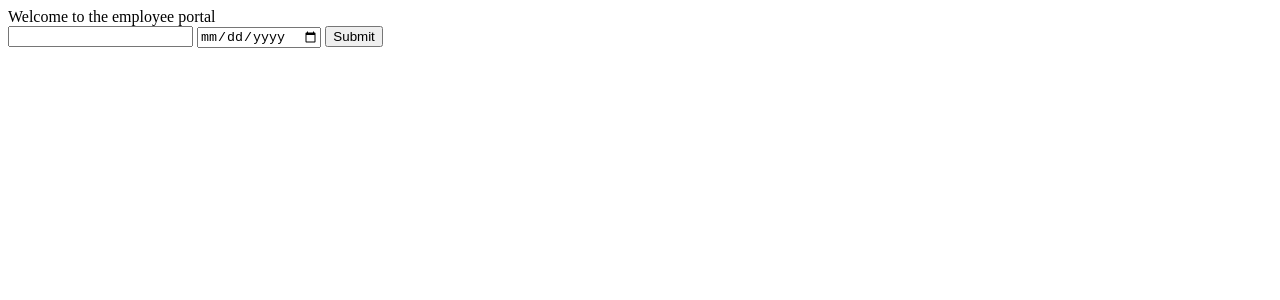
Repository: IshaMhashete/workspace2
Page: Hiber_Web/src/main/webapp/Inset_Emp.html
The author's editor kept a copy of each file at every save. The page is drawn from the files as they stood at one save, then again after the next save.
The browser window is 1280 px wide. The pictures show the whole page.

Above is the page before, as saved 2019-12-09 05:54:27.

### Hiber_Web/src/main/webapp/Inset_Emp.html
<!DOCTYPE html>
<html>
<head>
<meta charset="ISO-8859-1">
<title>Insert title here</title>
</head>
<body>
Welcome to the employee portal
<form action="dao">
<input type="text" name="name_Of_Emp">
<input type="date" name="doj"/>
<input type="submit" name="submit">
</form>
</body>
</html>

After the next save:
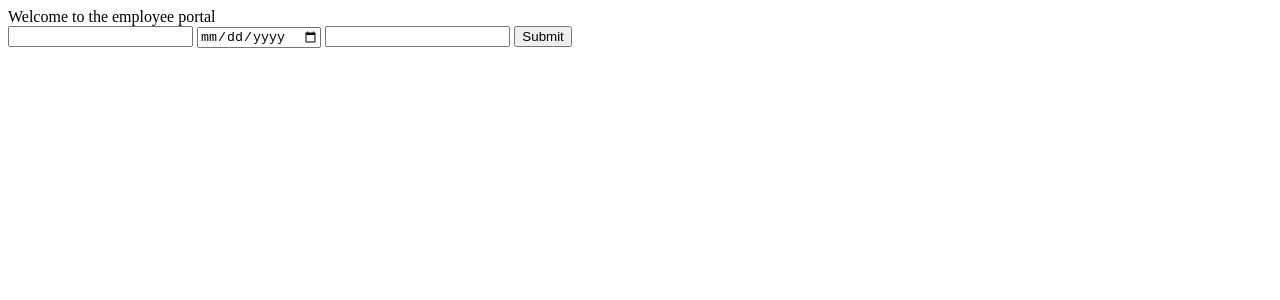
Saved 44 s later.
--- a/Hiber_Web/src/main/webapp/Inset_Emp.html
+++ b/Hiber_Web/src/main/webapp/Inset_Emp.html
@@ -9,6 +9,7 @@ Welcome to the employee portal
 <form action="dao">
 <input type="text" name="name_Of_Emp">
 <input type="date" name="doj"/>
+<input type="number" name="salary">
 <input type="submit" name="submit">
 </form>
 </body>
